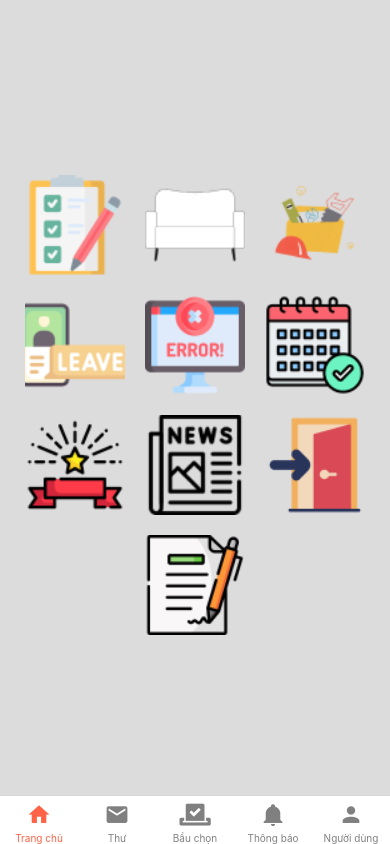
Repository: diepdung02/AppPTC
Page: /Home
The author's editor kept a copy of each file at every save. The page is drawn from the files as they stood at one save, then again after the next save.
The browser window is 390 px wide. The pictures show the whole page.
The page's requests for data from a server got no answer. The app was drawn by React Native's web renderer in a window 390 px wide. The project was rebuilt for these pictures with package versions that can differ from the ones it lists, and the page was loaded fresh each time. No one was signed in, and anything a server would have sent is missing. Also part of the build but not shown: screen/home/MailScreen.tsx, screen/home/NotificationScreen.tsx, screen/home/UserScreen.tsx, screen/home/VoteScreen.tsx.

Above is the page before, as saved 2024-06-30 15:21:01.

After the next save:
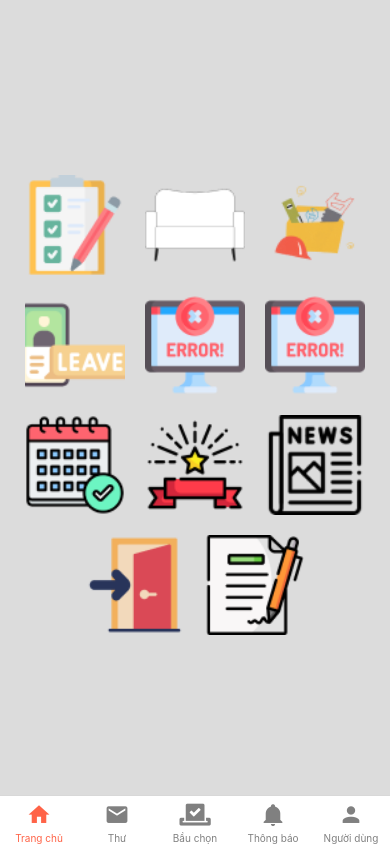
Saved 62 s later.
--- a/screen/home/HomeScreen.tsx
+++ b/screen/home/HomeScreen.tsx
@@ -48,6 +48,9 @@ const HomeScreen: React.FC = () => {
         </TouchableOpacity>
         <TouchableOpacity onPress={() => handleIconPress('leave')}>
           <Image source={require('../../assets/leave 1.png')} style={styles.icon} />
+        </TouchableOpacity>
+        <TouchableOpacity onPress={() => handleIconPress('error')}>
+          <Image source={require('../../assets/Error.png')} style={styles.icon} />
         </TouchableOpacity>
         <TouchableOpacity onPress={() => handleIconPress('error')}>
           <Image source={require('../../assets/Error.png')} style={styles.icon} />
